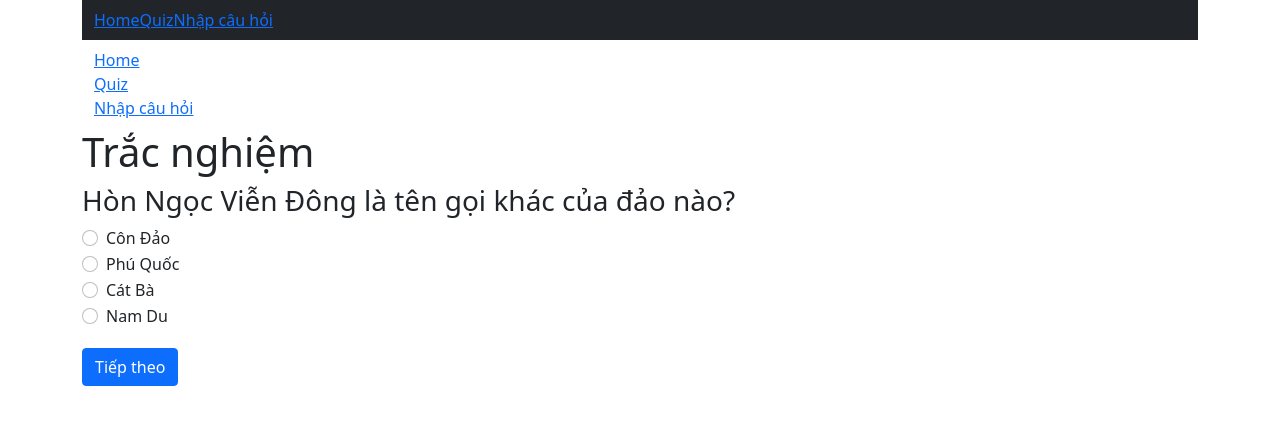
Repository: tran-thien-nhan/quiz_tlln
Page: index.html
The author's editor kept a copy of each file at every save. The page is drawn from the files as they stood at one save, then again after the next save.
The browser window is 1280 px wide. The pictures show the whole page.

Above is the page before, as saved 2023-06-25 10:57:44.

After the next save:
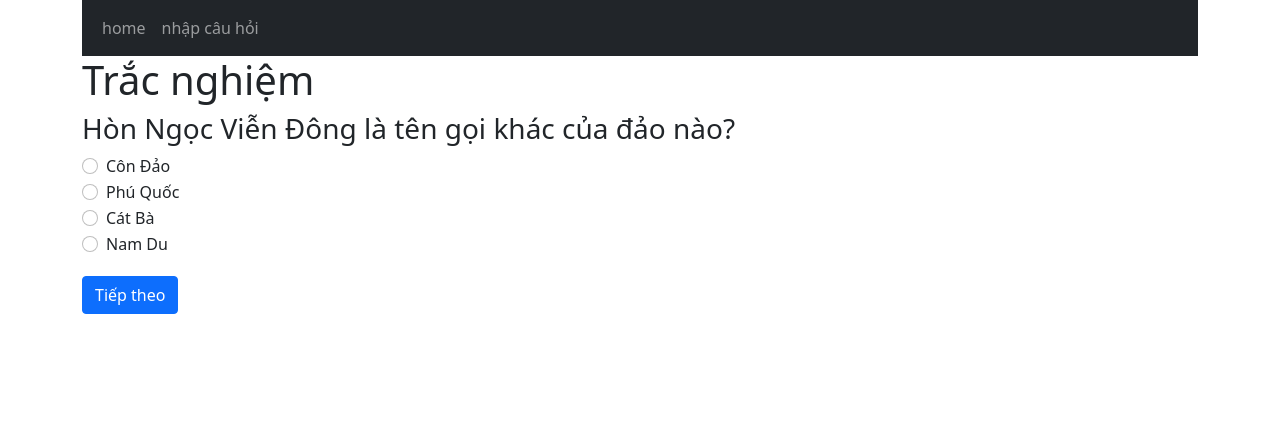
Saved 4 s later.
--- a/index.html
+++ b/index.html
@@ -17,21 +17,14 @@
     <div class="container">
         <nav class="navbar navbar-expand-sm bg-dark navbar-dark">
             <div class="container-fluid">
-              <!-- Links -->
-              <ul class="navbar-nav">
-                <li class="active"><a href="#">Home</a></li>
-                <li><a href="index.html">Quiz</a></li>
-                <li><a href="nhap_cau_hoi.html">Nhập câu hỏi</a></li>
-              </ul>
-            </div>
-
-          </nav>
-        <nav class="navbar navbar-inverse">
-            <div class="container-fluid">
-                <ul class="nav navbar-nav">
-                    <li class="active"><a href="#">Home</a></li>
-                    <li><a href="index.html">Quiz</a></li>
-                    <li><a href="nhap_cau_hoi.html">Nhập câu hỏi</a></li>
+                <!-- Links -->
+                <ul class="navbar-nav">
+                    <li class="nav-item">
+                        <a class="nav-link" href="index.html">home</a>
+                    </li>
+                    <li class="nav-item">
+                        <a class="nav-link" href="nhap_cau_hoi.html">nhập câu hỏi</a>
+                    </li>
                 </ul>
             </div>
         </nav>
